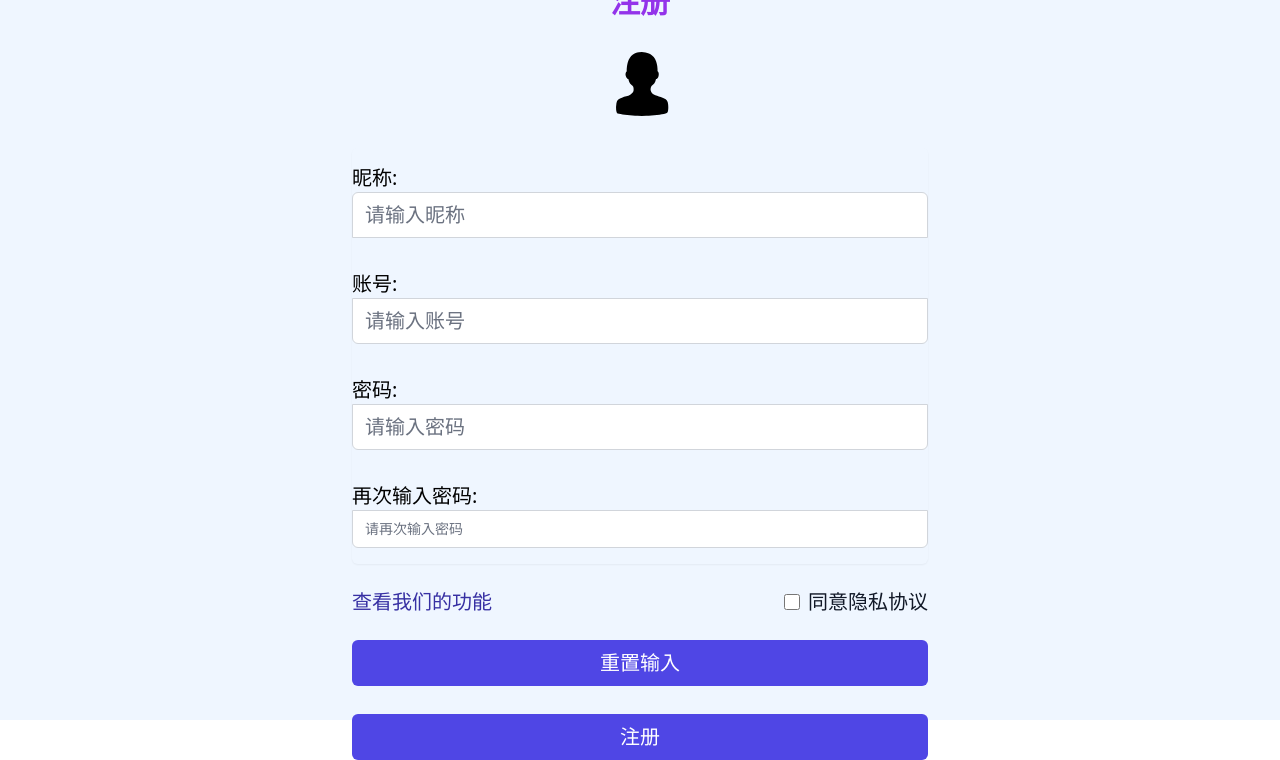
Repository: LiuRuohui/test_the_tailwindcss
Page: /
An editor plug-in stored every save of this project. The page is shown before and after the next save, followed by the edit.
The browser window is 1280 px wide. The pictures show the whole page.
The project was rebuilt for these pictures with package versions that can differ from the ones it lists, and the page was loaded fresh each time. Also part of the build but not shown: vite.config.js, src/components/WelcomingPage.vue.

Above is the page before, as saved 2022-03-03 11:12:05.

After the next save:
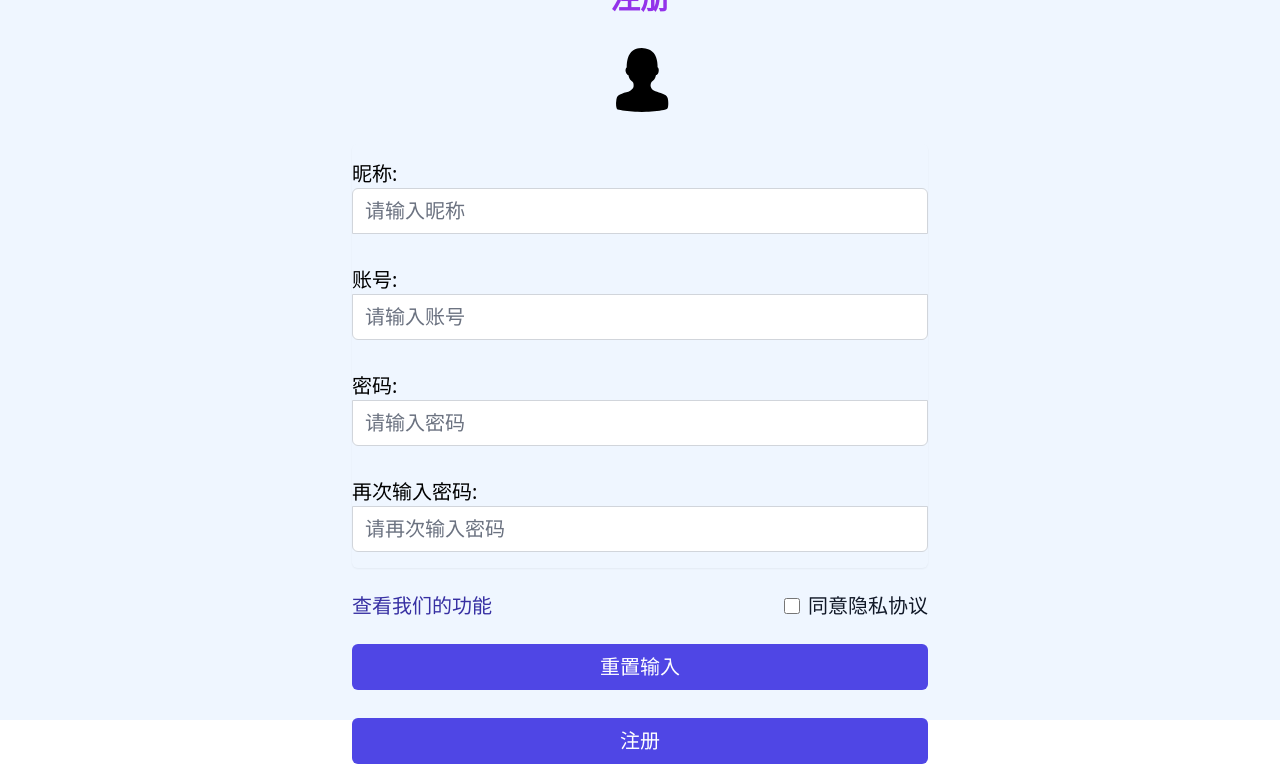
Saved 7 s later.
--- a/src/components/RegisterPage.vue
+++ b/src/components/RegisterPage.vue
@@ -23,7 +23,7 @@
         </div>
         <div class="py-4">
           <label for="password">再次输入密码:</label>
-          <input id="password" name="password" type="password" autocomplete="current-password" required class="appearance-none rounded-none relative block w-full px-3 py-2 border border-gray-300 placeholder-gray-500 text-gray-900 rounded-b-md focus:outline-none focus:ring-indigo-500 focus:border-indigo-500 focus:z-10 sm:text-sm" placeholder="请再次输入密码">
+          <input id="password" name="password" type="password" autocomplete="current-password" required class="appearance-none rounded-none relative block w-full px-3 py-2 border border-gray-300 placeholder-gray-500 text-gray-900 rounded-b-md focus:outline-none focus:ring-indigo-500 focus:border-indigo-500 focus:z-10 sm:text-xl" placeholder="请再次输入密码">
         </div>
       </div>
 
